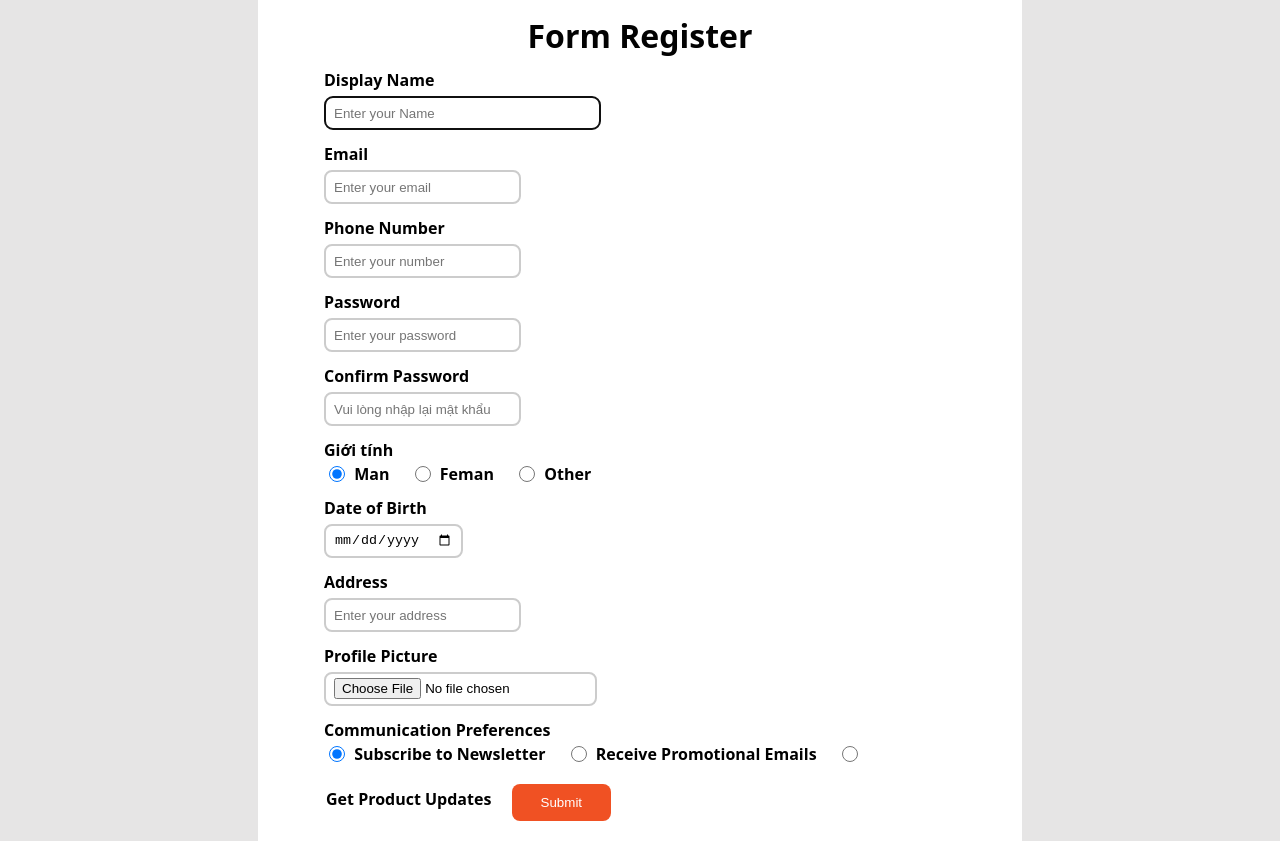
Repository: lannguyen1301/f8-zoom-day-4
Page: form.html
The author's editor kept a copy of each file at every save. The page is drawn from the files as they stood at one save, then again after a run of saves.
The browser window is 1280 px wide. The pictures show the whole page.

Above is the page before, as saved 2025-04-19 22:56:10.

### form.html
<!DOCTYPE html>
<html lang="en">

<head>
    <meta charset="UTF-8">
    <meta name="viewport" content="width=device-width, initial-scale=1.0">
    <title>Form Register</title>
    <link rel="stylesheet" href="./assets/css/reset.css">
    <link rel="stylesheet" href="./assets/css/style.css">
    <link rel="stylesheet" href="./assets/css/form-resgiter.css">
</head>

<body>
    <div class="content">
        <h1 class="title-desc">Form Register</h1>
        <div class="top-desc">
            <form action="https://api-gateway.fullstack.edu.vn/action_page.php" method="post" autocomplete="off">
                <div class="form-group">
                    <label for="name">Display Name</label>
                    <input type="text" name="name" id="name" maxlength="20" minlength="5" pattern="[A-Za-z0-9]+"
                        size="30" placeholder="Enter your Name" required autocomplete="on" spellcheck="false" readonly
                        autofocus>
                </div>
                <div class="form-group">
                    <label for="email">Email</label>
                    <input type="email" name="email" id="email" placeholder="Enter your email" required
                        pattern="[a-z0-9._%+-]+@[a-z0-9.-]+\.[a-z]{2,}$" autocomplete="on" spellcheck="false"
                        inputmode="email" onchange="alert('Email của bạn đã thay đổi!')">
                </div>
                <div class="form-group">
                    <label for="phone">Phone Number</label>
                    <input type="tel" name="phone" id="phone" placeholder="Enter your number" required
                        pattern="^\+?[0-9]{10,15}$" maxlength="15" minlength="10" autocomplete="tel"
                        onchange="alert('Số điện thoại của bạn đã thay đổi!')" inputmode="tel">
                </div>
                <div class="form-group">
                    <label for="password">Password</label>
                    <input type="password" name="password" id="password" placeholder="Enter your password" required
                        maxlength="20" minlength="8" pattern="(?=.*\d)(?=.*[a-z])(?=.*[A-Z])(?=.*[@#$%^&+=]).{8,}"
                        autocomplete="current-password" autofocus spellcheck="false">
                </div>
                <div class="form-group">
                    <label for="confirm-password">Confirm Password</label>
                    <input type="password" name="confirm-password" id="confirm-password"
                        placeholder="Vui lòng nhập lại mật khẩu" required autocomplete="new-password" maxlength="20"
                        minlength="8">
                </div>
                <div class="form-group">
                    <label for=""> Giới tính</label>
                    <input type="radio" name="gender" id="male" value="male" required autofocus checked>
                    <label for="male">Man</label>
                    <input type="radio" name="gender" id="female" value="female" required autofocus>
                    <label for="female">Feman</label>
                    <input type="radio" name="gender" id="other" value="other" required autofocus>
                    <label for="other">Other</label>
                </div>
                <div class="form-group">
                    <label for="birthday">Date of Birth</label>
                    <input type="date" name="birthday" id="birthday" required autocomplete="bday-day" min="1900-01-01"
                        max="">
                </div>
                <div class="form-group">
                    <label for="address">Address</label>
                    <input type="text" name="address" id="address" placeholder="Enter your address" readonly autofocus
                        spellcheck="false" pattern="[A-Za-z0-9\s,]+">
                </div>
                <div class="form-group">
                    <label for="profile">Profile Picture</label>
                    <input type="file" name="profile" id="profile" required accept="image/*" autofocus>
                </div>
                <div class="form-group">
                    <label for="">Communication Preferences</label>
                    <input type="radio" name="preferences" id="newsletter" required checked>
                    <label for="newsletter">Subscribe to Newsletter</label>
                    <input type="radio" name="preferences" id="promotional" required>
                    <label for="promotional">Receive Promotional Emails</label>
                    <input type="radio" name="preferences" id="update" required>
                    <label for="update">Get Product Updates</label>
                    <button type="submit" class="btn">Submit</button>
                </div>
            </form>
        </div>
    </div>
</body>

</html>

### assets/css/style.css
* {
    box-sizing: border-box;
}

body {
    margin: 0 auto;
    font-size: 16px;
    font-family: system-ui, "Segoe UI", Roboto, Helvetica, Arial, sans-serif,
        "Apple Color Emoji", "Segoe UI Emoji", "Segoe UI Symbol";
    background-color: #e6e5e5;
}

a {
    text-decoration: none;
}

.content {
    max-width: 764px;
    margin: inherit;
    padding: 20px 66px;
    background-color: #fff;
}

.top-desc {
    margin: 22px 0 35px;
    text-align: center;
}

.title-desc {
    /* margin: 30px 0; */
    font-size: 32px;
    color: #020202;
    font-weight: 900;
    text-align: center;
}

.list {
    margin: 20px 0;
    text-align: center;
    font-size: 16px;
    color: green;
    font-weight: 500;
}

.item {
    display: inline-block;
    margin: 0 20px;
    font-weight: 900;
    font-size: 1.5rem;
}

.link {
    color: inherit;
    padding: 10px;
}

.item:hover > .link {
    color: orange;
    background-color: #fafafa;
    padding: 10px;
    border-radius: 5px;
}

.infor-desc {
    margin-top: 8px;
    color: #020202;
}

.work-experience {
    text-transform: uppercase;
    font-weight: 500;
}

.company-top {
    width: 100%;
    margin-top: 16px;
    text-align: justify;
    display: flex;
    justify-content: space-between;
}

.company-left {
    display: inline-block;
}

.company-right {
    display: inline-block;
}

.company-left,
.company-right {
    font-weight: 500;
}

.company-bottom {
    margin-top: 20px;
}

.company-list {
    list-style: disc;
    margin-left: 28px;
    font-size: 13px;
    text-align: justify;
    line-height: 1.4;
}

.h2-desc {
    margin-top: 16px;
}

.company-bolt {
    font-weight: 500;
}

### assets/css/form-resgiter.css
.top-desc {
    margin: unset;
    text-align: unset;
}
form {
    margin-top: 20px;
}

.form-group {
    margin-top: 16px;
}

.form-group label,
.form-group input {
    display: block;
}

.form-group label {
    font-weight: 600;
}

.form-group input:not([type="radio"]):not([type="checkbox"]) {
    width: 24100%0px;
    height: 34px;
    margin-top: 8px;
    padding: 4px 8px;
    border: 2px solid #ccc;
    border-radius: 8px;
}

.form-group input[type="radio"],
.form-group input[type="checkbox"],
.form-group input[type="radio"] + label,
.form-group input[type="checkbox"] + label {
    display: inline-block;
}

.form-group input[type="radio"] {
    width: 16px;
    height: 16px;
    margin-top: 8px;
}

.form-group input[type="radio"] + label {
    position: relative;
    top: -2px;
    margin-right: 16px;
    padding-left: 2px;
}

.form-group .btn {
    margin-top: 20px;
    padding: 10px 28px;
    border: 1px solid transparent;
    border-radius: 8px;
    color: #fff;
    background: #f05123;
    cursor: pointer;
}

.form-group .btn:hover {
    opacity: 0.9;
}

Loaded but not shown: assets/css/reset.css (common file)

After the next 2 saves:
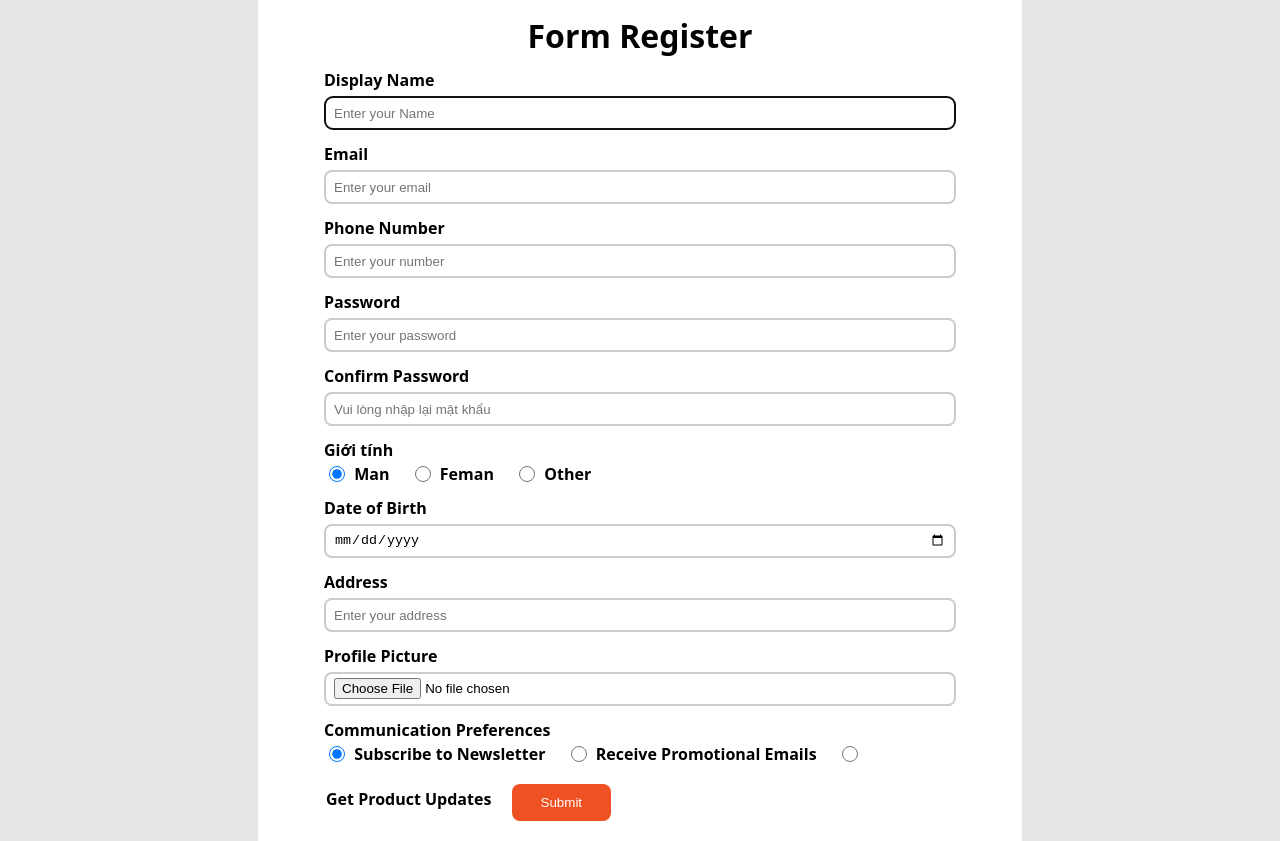
The 2 saves are shown as one change because they came seconds apart.
The last was saved 7 s later.
--- a/assets/css/form-resgiter.css
+++ b/assets/css/form-resgiter.css
@@ -20,7 +20,7 @@ form {
 }
 
 .form-group input:not([type="radio"]):not([type="checkbox"]) {
-    width: 24100%0px;
+    width: 100%;
     height: 34px;
     margin-top: 8px;
     padding: 4px 8px;
